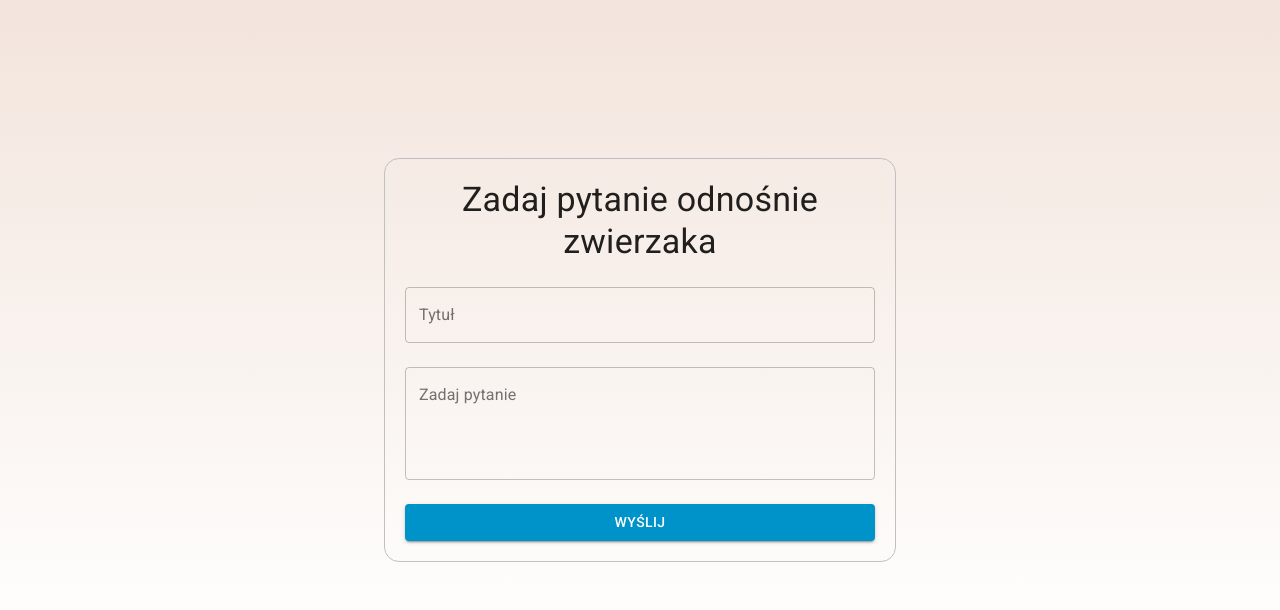
Repository: piotr-bocian/Projekt-5
Page: /
These files come from the project's save history. The page is drawn as it stood at one moment and after a run of saves; the edit follows.
The browser window is 1280 px wide. The pictures show the whole page.
The project was rebuilt for these pictures with package versions that can differ from the ones it lists, and the page was loaded fresh each time.

Above is the page before, as saved 2021-03-22 18:18:56.

After the next 2 saves:
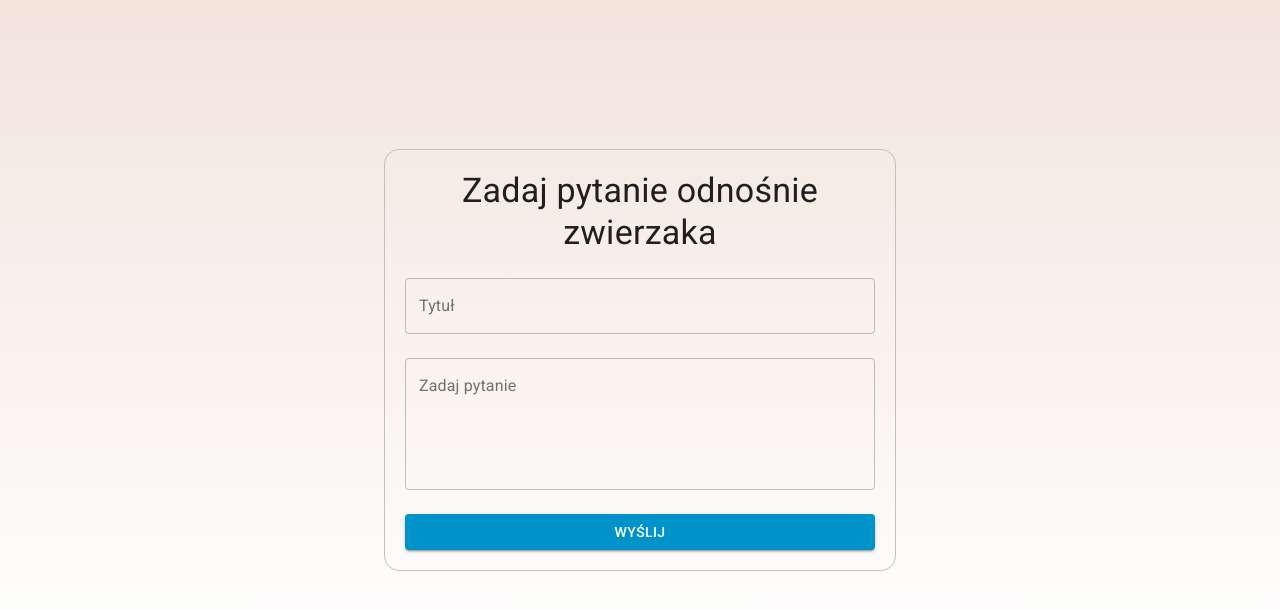
The 2 saves are shown as one change because they came seconds apart.
The last was saved 10 s later.
--- a/src/components/Organisms/AdotpionForm/AdotpionForm.js
+++ b/src/components/Organisms/AdotpionForm/AdotpionForm.js
@@ -41,7 +41,7 @@ const AdotpionForm = () => {
                         variant="outlined"
                         label="Zadaj pytanie"
                         multiline
-                        rows={4}
+                        rows={5}
                         value={question} onChange={(e) => setQuestion(e.target.value)}
                         fullWidth
                     />
